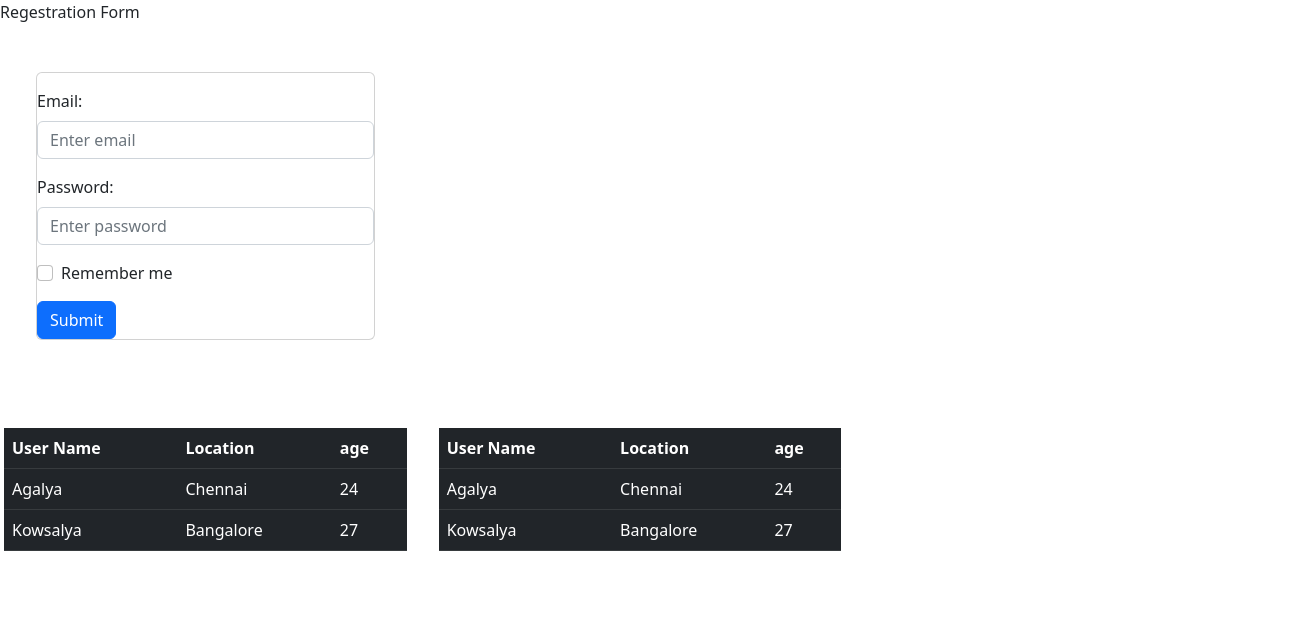
Repository: rajeshkannane/java1
Page: Form/public/index.html
An editor plug-in stored every save of this project. The page is shown before and after the next save, followed by the edit.
The browser window is 1280 px wide. The page is 1292 px wide, so the pictures cover 1292 px, including what lies to the right of the window. The pictures show the whole page.

Above is the page before, as saved 2022-11-16 12:24:00.

### Form/public/index.html
<!DOCTYPE html>
<html>
<head>
            <meta charset="UTF-8">
            <title>Form Demo</title>
            <link href="https://cdn.jsdelivr.net/npm/bootstrap@5.2.2/dist/css/bootstrap.min.css" rel="stylesheet">
        </head>
        <head>
        Regestration Form
        </head>


<body>
<div class="row" >
<div class="col-sm-4 p-5" style="border-width:10; border-radius:10; border-color:gray" >
<div class="card">
<form action="/nextPages.html">
  <div class="mb-3 mt-3">
    <label for="email" class="form-label">Email:</label>
    <input type="email" class="form-control" id="email" placeholder="Enter email" name="email">
  </div>
  <div class="mb-3">
    <label for="pwd" class="form-label">Password:</label>
    <input type="password" class="form-control" id="pwd" placeholder="Enter password" name="pswd">
  </div>
  <div class="form-check mb-3">
    <label class="form-check-label">
      <input class="form-check-input" type="checkbox" name="remember"> Remember me
    </label>
  </div>
  <button type="submit" class="btn btn-primary">Submit</button>
</form>
</div>
</div>
</div>

<br>
<div class="row">
<div class="col-sm-4 p-3" >
<table class="table table-dark" style="text-align:1%">
  <tr>
    <th>User Name</th>
    <th>Location</th>
    <th>age</th>
  </tr>
  <tr>
    <td>Agalya</td>
    <td>Chennai</td>
    <td>24</td>
  </tr>
  <tr>
    <td>Kowsalya</td>
    <td>Bangalore</td>
    <td>27</td>
  </tr>
    </table>
    </div>
    <div class="col-sm-4 p-3" >
<table class="table table-dark" style="text-align:1%">
  <tr>
    <th>User Name</th>
    <th>Location</th>
    <th>age</th>
  </tr>
  <tr>
    <td>Agalya</td>
    <td>Chennai</td>
    <td>24</td>
  </tr>
  <tr>
    <td>Kowsalya</td>
    <td>Bangalore</td>
    <td>27</td>
  </tr>
    </table>
    </div>
    </div>
</body>
</html>

After the next save:
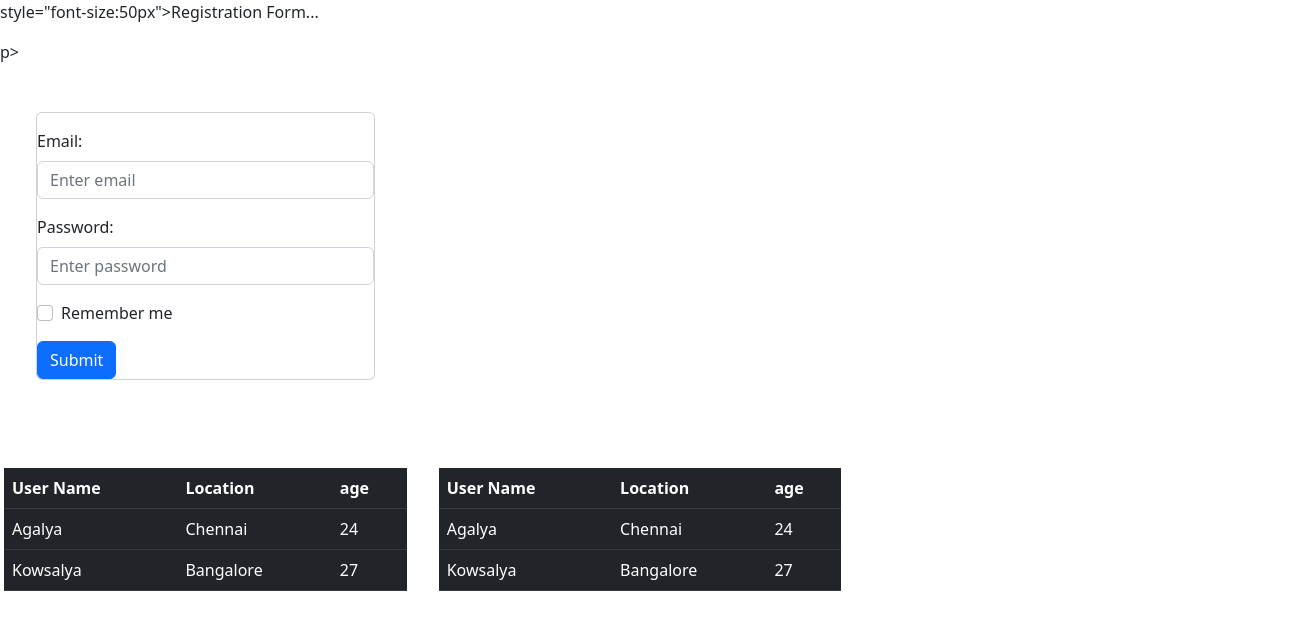
Saved 3 min 47 s later.
--- a/Form/public/index.html
+++ b/Form/public/index.html
@@ -6,7 +6,9 @@
             <link href="https://cdn.jsdelivr.net/npm/bootstrap@5.2.2/dist/css/bootstrap.min.css" rel="stylesheet">
         </head>
         <head>
-        Regestration Form
+        <p>
+    style="font-size:50px">Registration Form...
+    </p>p>
         </head>
 
 

After the save that followed:
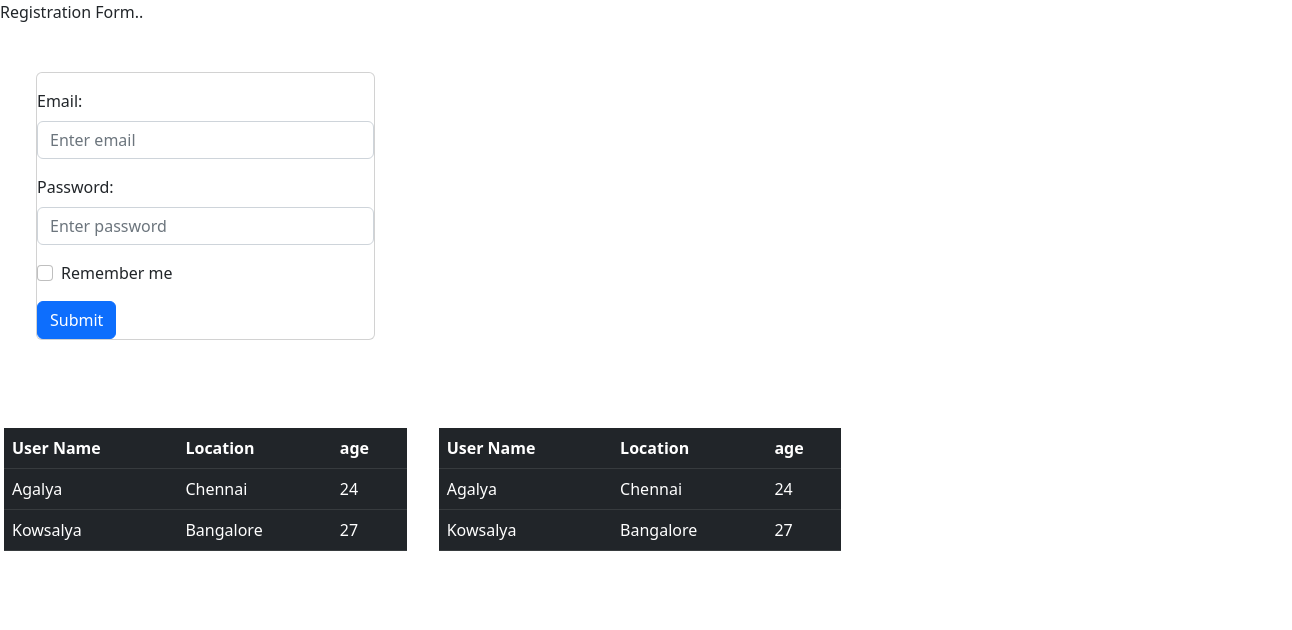
Saved 43 s later.
--- a/Form/public/index.html
+++ b/Form/public/index.html
@@ -6,9 +6,7 @@
             <link href="https://cdn.jsdelivr.net/npm/bootstrap@5.2.2/dist/css/bootstrap.min.css" rel="stylesheet">
         </head>
         <head>
-        <p>
-    style="font-size:50px">Registration Form...
-    </p>p>
+        Registration Form..
         </head>
 
 
